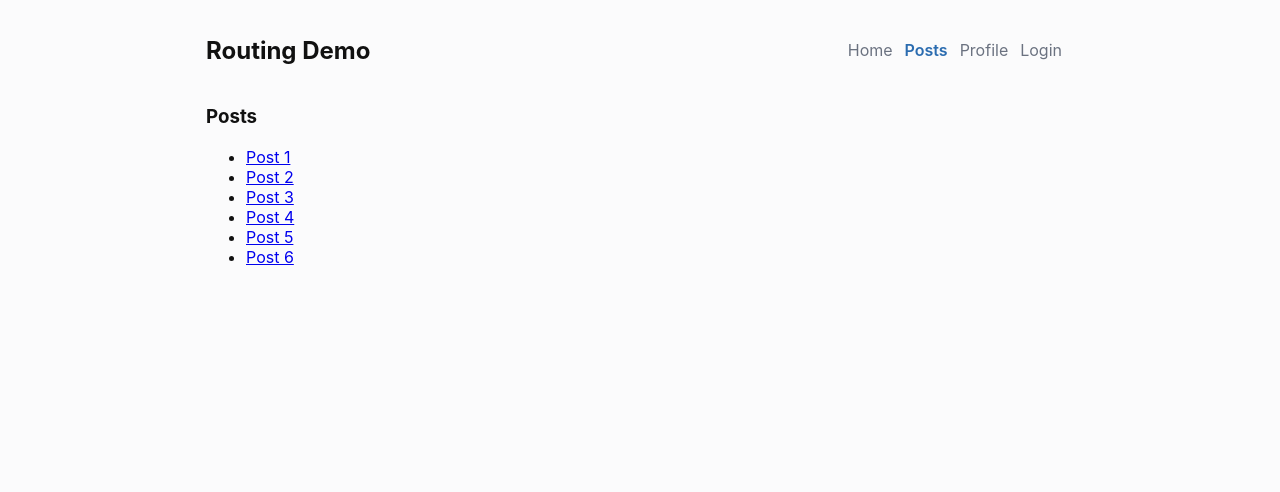
Repository: edunwant42/alx-fe-reactjs
Page: /posts (app in react-router-advanced/)
The author's editor kept a copy of each file at every save. The page is drawn from the files as they stood at one save, then again after the next save.
The browser window is 1280 px wide. The pictures show the whole page.
The project was rebuilt for these pictures with package versions that can differ from the ones it lists, and the page was loaded fresh each time. Also part of the build but not shown: react-router-advanced/vite.config.js, react-router-advanced/src/components/Home.jsx, react-router-advanced/src/components/Login.jsx, react-router-advanced/src/components/Profile.jsx, react-router-advanced/src/components/ProfileDetails.jsx, react-router-advanced/src/components/ProfileSettings.jsx, react-router-advanced/src/components/ProtectedRoute.jsx, react-router-advanced/src/components/Post.jsx.

Above is the page before, as saved 2025-08-24 11:53:25.

### react-router-advanced/src/App.jsx
import React from 'react'
import { BrowserRouter, Routes, Route } from 'react-router-dom'
import { AuthProvider } from './context/AuthContext.jsx'
import Layout from './components/Layout.jsx'
import Home from './components/Home.jsx'
import Login from './components/Login.jsx'
import Profile from './components/Profile.jsx'
import ProfileDetails from './components/ProfileDetails.jsx'
import ProfileSettings from './components/ProfileSettings.jsx'
import ProtectedRoute from './components/ProtectedRoute.jsx'
import PostsList from './components/PostsList.jsx'
import Post from './components/Post.jsx'

function App() {
  return (
    <AuthProvider>
      <BrowserRouter>
        <Routes>
          <Route path="/" element={<Layout />}>
            <Route index element={<Home />} />
            <Route path="login" element={<Login />} />

            <Route path="posts" element={<PostsList />} />
            <Route path="posts/:postId" element={<Post />} />

            <Route
              path="profile"
              element={
                <ProtectedRoute>
                  <Profile />
                </ProtectedRoute>
              }
            >
              <Route index element={<ProfileDetails />} />
              <Route path="settings" element={<ProfileSettings />} />
            </Route>

            <Route path="*" element={<div style={{ padding: 20 }}>404 — Not found</div>} />
          </Route>
        </Routes>
      </BrowserRouter>
    </AuthProvider>
  )
}

export default App

### react-router-advanced/src/index.css
:root{
  --accent:#2b6cb0;
  --muted:#6b7280;
}
*{box-sizing:border-box}
body{font-family:Inter, system-ui, Arial, sans-serif;margin:0;background:#fbfbfc;color:#111}
.app-container{max-width:900px;margin:1rem auto;padding:0 1rem}
header{display:flex;justify-content:space-between;align-items:center}
nav a{color:var(--muted);text-decoration:none;margin-right:12px}
nav a.active{color:var(--accent);font-weight:600}
nav button{background:var(--accent);color:white;border:none;padding:6px 10px;border-radius:6px;cursor:pointer}
main{margin-top:20px}
.card{background:white;border:1px solid #eee;padding:12px;border-radius:8px}

.btn{background:var(--accent);color:white;border:none;padding:8px 12px;border-radius:6px;cursor:pointer}
.btn.secondary{background:#eee;color:#111;border:1px solid #ddd}
.form{display:block;max-width:420px}
.form label{display:block;margin-bottom:8px;color:var(--muted)}
.form input[type="text"],.form input[type="email"],.form input[type="password"]{display:block;width:100%;padding:8px;border:1px solid #e6e6e6;border-radius:6px;margin-top:6px}
.post-list{list-style:none;padding:0}
.post-list li{padding:10px 0;border-bottom:1px solid #f1f1f1}
.post-link{color:var(--accent);text-decoration:none}
.muted{color:var(--muted)}

### react-router-advanced/src/context/AuthContext.jsx
import React, { createContext, useContext, useState } from 'react'

const AuthContext = createContext(null)

export function AuthProvider({ children }) {
  const [user, setUser] = useState(null)

  const signin = (username, cb) => {
    setUser({ name: username })
    if (cb) cb()
  }

  const signout = (cb) => {
    setUser(null)
    if (cb) cb()
  }

  return (
    <AuthContext.Provider value={{ user, signin, signout }}>
      {children}
    </AuthContext.Provider>
  )
}

export function useAuth() {
  return useContext(AuthContext)
}

### react-router-advanced/src/components/Layout.jsx
import React from 'react'
import { Outlet, NavLink } from 'react-router-dom'
import { useAuth } from '../context/AuthContext.jsx'

export default function Layout() {
  const { user, signout } = useAuth()

  return (
    <div className="app-container">
      <header>
        <h2>Routing Demo</h2>
        <nav>
          <NavLink to="/" className={({ isActive }) => (isActive ? 'active' : '')}>
            Home
          </NavLink>
          <NavLink to="/posts" className={({ isActive }) => (isActive ? 'active' : '')}>
            Posts
          </NavLink>
          <NavLink to="/profile" className={({ isActive }) => (isActive ? 'active' : '')}>
            Profile
          </NavLink>
          {!user ? (
            <NavLink to="/login">Login</NavLink>
          ) : (
            <button onClick={() => signout()} style={{ marginLeft: 8 }}>
              Sign out
            </button>
          )}
        </nav>
      </header>

      <main>
        <Outlet />
      </main>
    </div>
  )
}

### react-router-advanced/src/components/PostsList.jsx
import React from 'react'
import { Link } from 'react-router-dom'

const sample = Array.from({ length: 6 }).map((_, i) => ({
  id: i + 1,
  title: `Post ${i + 1}`,
  body: `This is the body of post ${i + 1}`,
}))

export default function PostsList() {
  return (
    <div>
      <h3>Posts</h3>
      <ul>
        {sample.map((p) => (
          <li key={p.id}>
            <Link to={`${p.id}`}>{p.title}</Link>
          </li>
        ))}
      </ul>
    </div>
  )
}

Loaded but not shown: react-router-advanced/index.html (common file); react-router-advanced/src/main.jsx (common file)

After the next save:
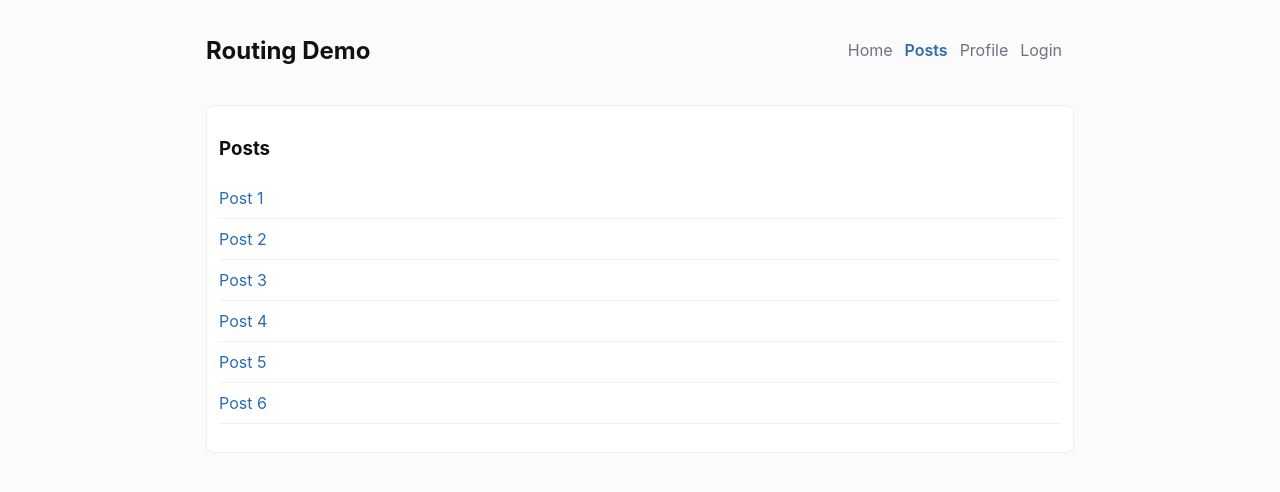
Saved 10 s later.
--- a/react-router-advanced/src/components/PostsList.jsx
+++ b/react-router-advanced/src/components/PostsList.jsx
@@ -9,12 +9,14 @@ const sample = Array.from({ length: 6 }).map((_, i) => ({
 
 export default function PostsList() {
   return (
-    <div>
+    <div className="card">
       <h3>Posts</h3>
-      <ul>
+      <ul className="post-list">
         {sample.map((p) => (
           <li key={p.id}>
-            <Link to={`${p.id}`}>{p.title}</Link>
+            <Link className="post-link" to={`${p.id}`}>
+              {p.title}
+            </Link>
           </li>
         ))}
       </ul>
